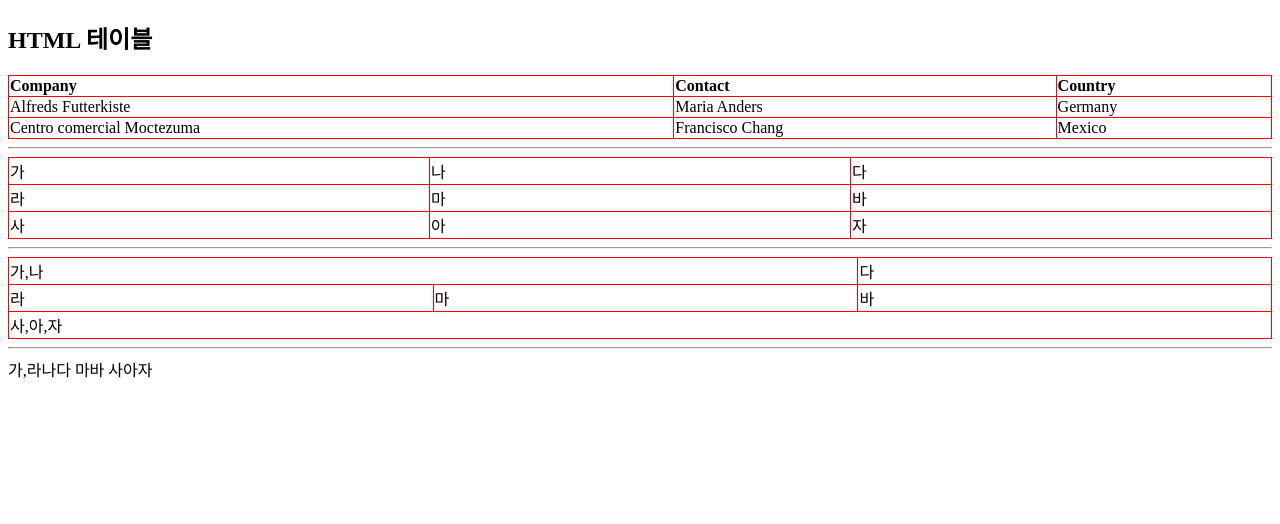
Repository: start-ha/MSA_EDU
Page: WEB/WebFront/WebLabs/Web/src/main/webapp/Ex06_Table.html
These files come from the project's save history. The page is drawn as it stood at one moment and after a run of saves; the edit follows.
The browser window is 1280 px wide. The pictures show the whole page.

Above is the page before, as saved 2025-09-16 07:00:51.

### WEB/WebFront/WebLabs/Web/src/main/webapp/Ex06_Table.html
<!DOCTYPE html>
<html>
<head>
<meta charset="UTF-8">
<title>Insert title here</title>
<style type="text/css">
	table{width: 100%; border-collapse: collapse;}
	th,td{
		border: 1px solid red;
		text-align: left;
		}
</style>
</head>
<body>
<h2>HTML 테이블</h2>

<table style="width:100%">
  <tr>
    <th>Company</th>
    <th>Contact</th>
    <th>Country</th>
  </tr>
  <tr>
    <td>Alfreds Futterkiste</td>
    <td>Maria Anders</td>
    <td>Germany</td>
  </tr>
  <tr>
    <td>Centro comercial Moctezuma</td>
    <td>Francisco Chang</td>
    <td>Mexico</td>
  </tr>
</table>
<hr>
<table>
	<tr><td>가</td><td>나</td><td>다</td></tr>
	<tr><td>라</td><td>마</td><td>바</td></tr>
	<tr><td>사</td><td>아</td><td>자</td></tr>
</table>
<hr>
<table>
	<tr><td colspan="2">가,나</td><td>다</td></tr> <!-- 컬럼 병합 colspan -->
	<tr><td>라</td><td>마</td><td>바</td></tr>
	<tr><td colspan="3">사,아,자</td></tr>
</table>
<hr>
	<tr><td rowspan="2">가,라</td><td>나</td><td>다</td></tr>
	<tr><td>마</td><td>바</td></tr>
	<tr><td>사</td><td>아</td><td>자</td></tr>
</body>
</html>

After the next 2 saves:
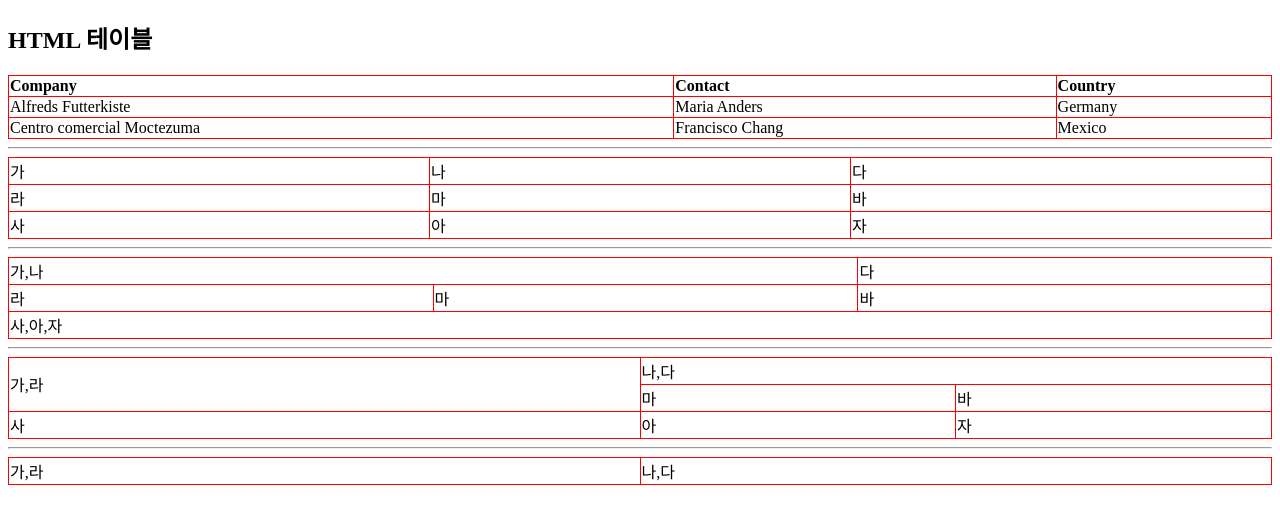
The 2 saves are shown as one change because they came seconds apart.
The last was saved 2 min 8 s later.
--- a/WEB/WebFront/WebLabs/Web/src/main/webapp/Ex06_Table.html
+++ b/WEB/WebFront/WebLabs/Web/src/main/webapp/Ex06_Table.html
@@ -44,8 +44,16 @@
 	<tr><td colspan="3">사,아,자</td></tr>
 </table>
 <hr>
-	<tr><td rowspan="2">가,라</td><td>나</td><td>다</td></tr>
+<table>
+	<tr><td rowspan="2">가,라</td><td colspan = "2">나,다</td></tr>
 	<tr><td>마</td><td>바</td></tr>
 	<tr><td>사</td><td>아</td><td>자</td></tr>
+</table>
+<hr>
+<table>
+	<tr><td rowspan="2" colspan="2">가,라</td><td colspan = "2">나,다</td></tr>
+</table>
+
+
 </body>
 </html>
